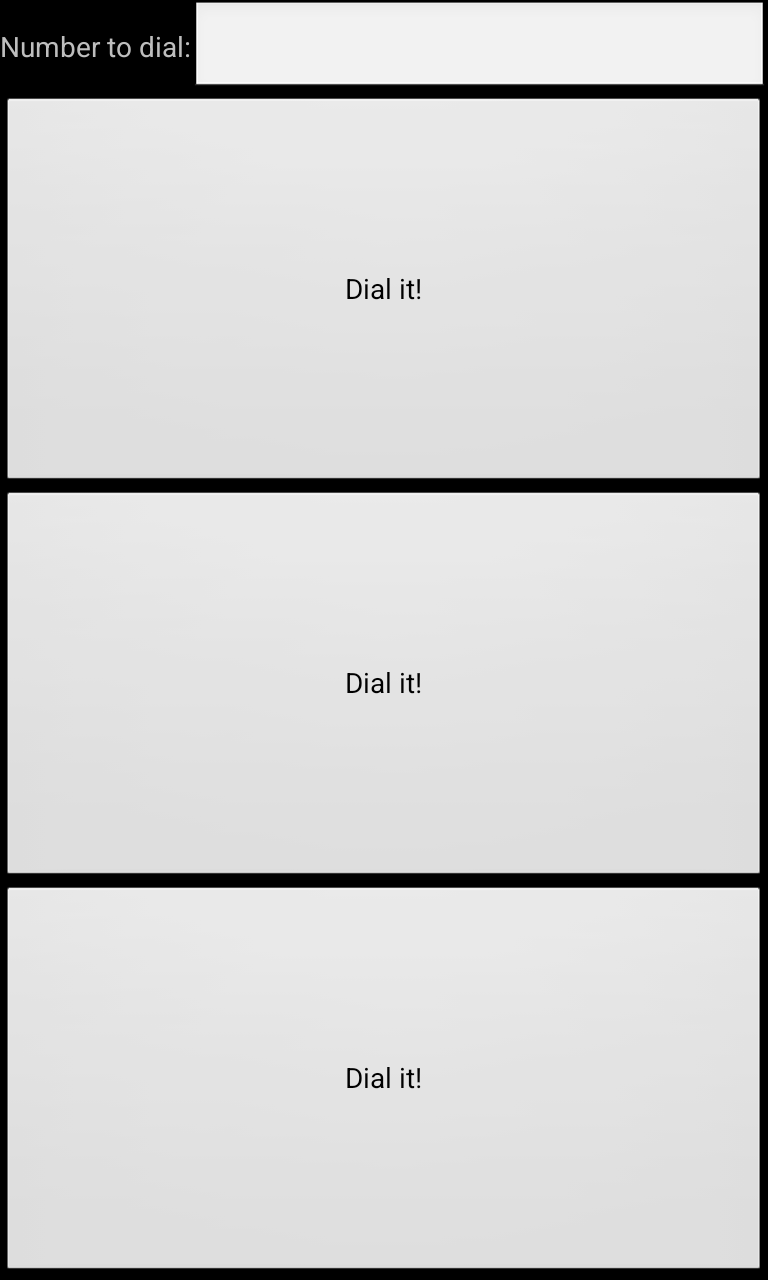
Repository: cogitovsmachina/Curso-Android-en-ITAM
Layout: SimpleDial/res/layout/main.xml
These files come from the project's save history. The layout is drawn as it stood at one moment and after the next save; the edit follows.
It is drawn on a 768 x 1280 px phone screen (xhdpi) without system bars, with theme android:Theme; the app's code is not run.

Above is the layout before, as saved 2011-07-06 14:37:29.

### SimpleDial/res/layout/main.xml
<?xml version="1.0" encoding="utf-8"?>
<LinearLayout xmlns:android="http://schemas.android.com/apk/res/android"
    android:orientation="vertical"
    android:layout_width="fill_parent"
    android:layout_height="fill_parent"
    >
    <LinearLayout
    	android:orientation="horizontal"
    	android:layout_width="fill_parent"
    	android:layout_height="wrap_content"
    	>
		<TextView
		    android:layout_width="wrap_content"
		    android:layout_height="wrap_content"
		    android:text="Number to dial:"
		    />
		    <EditText
				android:id="@+id/number"
				android:layout_width="fill_parent"
		  		android:layout_height="wrap_content"
		  		android:cursorVisible="true"
		  		android:editable="true"
		  		android:singleLine="true"
				/>
    	</LinearLayout>
    	<Button
    		android:id="@+id/dial"
    		android:layout_width="fill_parent"
    		android:layout_height="wrap_content"
    		android:layout_weight="1"
			android:text="Dial it!"
			android:onClick="dial"
			/>
			<Button
    		android:id="@+id/dial"
    		android:layout_width="fill_parent"
    		android:layout_height="wrap_content"
    		android:layout_weight="1"
			android:text="Dial it!"
			android:onClick="dial"
			/>
			<Button
    		android:id="@+id/dial"
    		android:layout_width="fill_parent"
    		android:layout_height="wrap_content"
    		android:layout_weight="1"
			android:text="Dial it!"
			android:onClick="dial"
			/>
</LinearLayout>

After the next save:
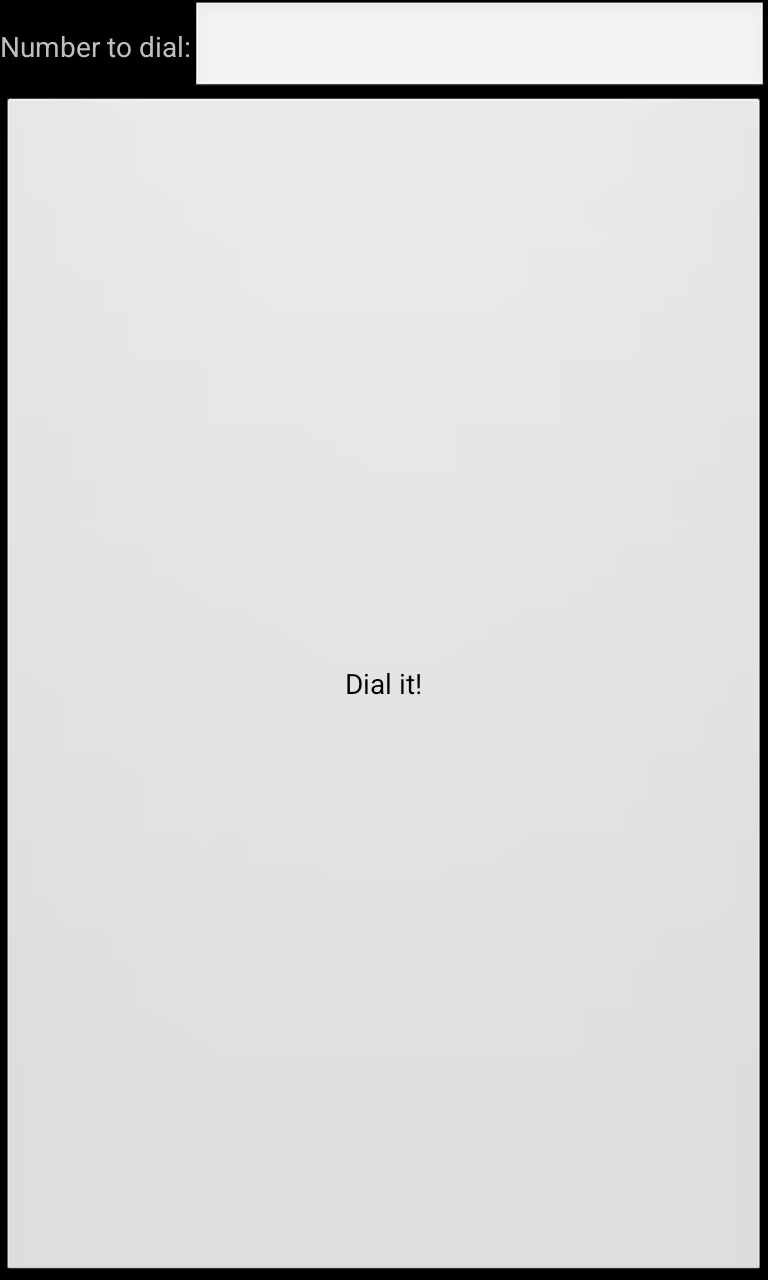
Saved 40 s later.
--- a/SimpleDial/res/layout/main.xml
+++ b/SimpleDial/res/layout/main.xml
@@ -31,20 +31,5 @@
 			android:text="Dial it!"
 			android:onClick="dial"
 			/>
-			<Button
-    		android:id="@+id/dial"
-    		android:layout_width="fill_parent"
-    		android:layout_height="wrap_content"
-    		android:layout_weight="1"
-			android:text="Dial it!"
-			android:onClick="dial"
-			/>
-			<Button
-    		android:id="@+id/dial"
-    		android:layout_width="fill_parent"
-    		android:layout_height="wrap_content"
-    		android:layout_weight="1"
-			android:text="Dial it!"
-			android:onClick="dial"
-			/>
+
 </LinearLayout>
